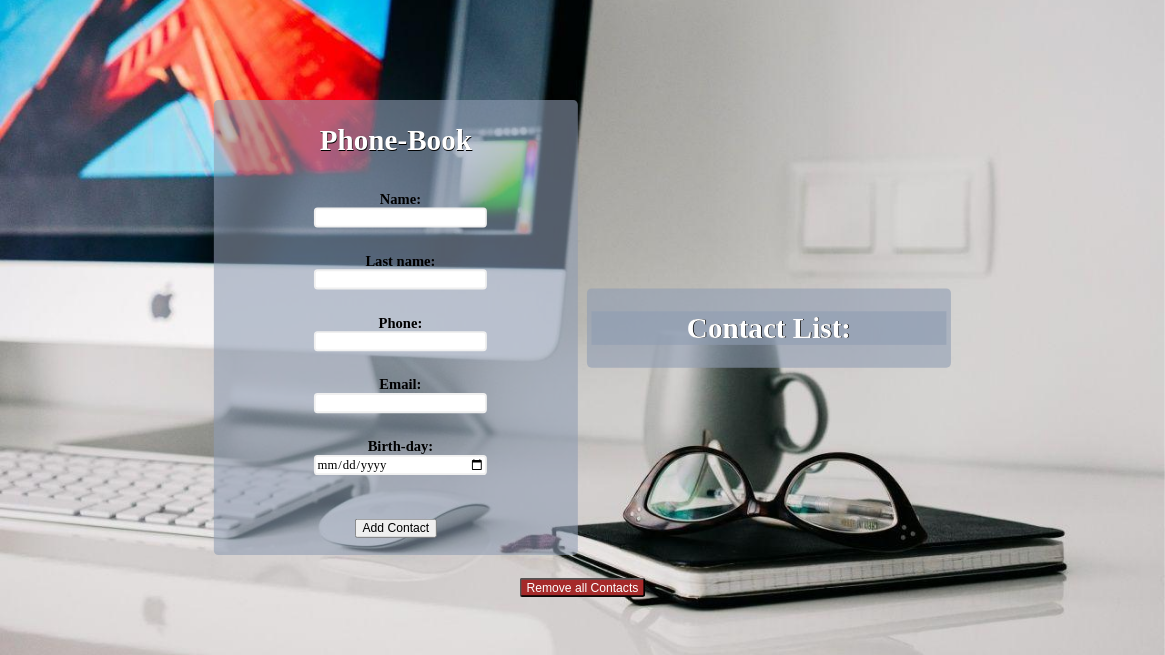
Repository: STA1357/Phone-book
Page: Inner.html
An editor plug-in stored every save of this project. The page is shown before and after the next save, followed by the edit.
The browser window is 1280 px wide. The pictures show the whole page, at 91% of full size.
Backgrounds fixed to the window are drawn as part of the page.

Above is the page before, as saved 2020-12-12 17:19:43.

### Inner.html
<!DOCTYPE html>
<html lang="en">
<head>
    <meta charset="UTF-8">
    <meta name="viewport" content="width=device-width, initial-scale=1.0">
    <title>Phone Book</title>
    <link rel="stylesheet" href="./styles.css">
    <script src="./app.js"></script>
</head>
<body>
    <form action="#" method="POST" id="form" class="form">

        <header>
            <div class="header-title">
                <h1>Phone-Book</h1>
            </div>
        </header>

        <main>
            <div class="container">

                <div class="form-control">
                <label for="name">Name:</label>
                <input type="text" class="form-input" id="nameInput">
                <small>Field is required</small>
                </div>

                <div class="form-control">
                <label for="lname">Last name:</label>
                <input type="text" class="form-input" id="lnameInput">
                <small>Field is required</small>
                </div>

                <div class="form-control">
                <label for="tel">Phone:</label>
                <input type="text" class="form-input" id="telInput" class="tellinput">
                <small>Field is required</small>
                </div>


                <div class="form-control">
                <label for="email">Email:</label>
                <input type="email" class="form-input" id="emailInput">
                <small>Field is required</small>
                </div>


                <div class="form-control">
                <label for="birthname">Birth-day:</label>
                <input type="date" class="form-input" id="birthInput">
                <small>Field is required</small>
                </div>

            </div>

        </main>

        <div class="btn">
        <button type="submit" id="btnAdd">Add Contact</button>
    </div>
    </form>
<div class="list-container">
    <h2 class="listTitle">Contact List:</h2>
    <ul id="users"></ul>
</div>

<div class="clearBook">
    <button id="clearBookBtn" class="clearBookBtn" onclick="removeAll()">Remove all Contacts</button>
</div>

</body>
</html>

### styles.css
*{
    box-sizing: border-box;

}

body{
    display: flex;
    flex-direction: row;
    align-items: center;
    justify-content: center;
    min-height: 100vh;
    margin: 0;
    background: url("./wp3990421-office-wallpapers.jpg") no-repeat fixed center center;
    background-size: cover;
}

.header-title{
    color: white;
    text-shadow: 0.5px 0.5px black;
}

form{
    max-height: 500px;
    background-color: rgba(144, 156, 179, 0.589);
    width: 400px;
    max-width: 100%;
    margin-right: 10px;
    text-align: center;
    border-radius: 5px;
    position: relative;
}

main{
    margin-left: 25%;
}

.container{
    text-align: center;
    display: block;
    width: 70%;
}

.list-container{
    background-color: rgba(144, 156, 179, 0.589);
    width: 400px;
    max-width: 100%;
    page-break-after: 30px 40px;
    border-radius: 5px;
    max-height: 500px;
    overflow: auto;
}

.listTitle{
    color: white;
    text-shadow: 0.7px 0.7px black;
    font-size: 32px;
    margin-top: 20px;
    margin-bottom: 20px;
    position: sticky;
    top: 20px;
    background-color: rgba(144, 156, 179, 0.589);
}

.titleLi{
    color: rgb(15, 87, 129);
    text-shadow: 0.5px 0.5px black;
    font-size: 22px;
}

.infoList{
    color: black;
    font-size: 18px;
}

h2{
    text-align: center;
}

label{
    font-weight: bold;
}

.form-control input {
	border: 2px solid #f0f0f0;
	border-radius: 4px;
	display: block;
	font-family: inherit;
	font-size: 14px;

	width: 100%;
}








.btn{
    padding: 20px 0;
}


.selected{
    background-color: skyblue;
    color: black;
    text-shadow: 0.5px 0.5px grey;
}

.deleteBtn::before{
    color: brown;
    content: "delete";
    font-weight: bold;
}

.deleteAll::before{
    color: brown;
    content: "delete";
}

div{
    padding: 5px;
}

li{
    font-weight: bold;
    font-style: italic;
}

.clearBook{
    display: block;
    position: fixed;

}

.clearBookBtn{
    margin-top: 570px;
    background-color: brown;
    color: white;
    border-radius: 3px;
}

.form-control.success input{
    border-color: rgb(18, 206, 18);
}

.form-control.error input{
    border-color: rgb(224, 68, 68);
}


.form-control small {
	color: rgb(224, 68, 68);
	bottom: 0;
	left: 0;
	visibility: hidden;
}

.form-control.error small{
    visibility: visible;
}

.active {
    background-color: gray;
}

### app.js
// compare dates = new Date(date value from contact).toDateString() === new Date().toDateString()

window.onload = function() {
    const localKey = 'contactsCollection';
    const form = document.querySelector('form');
    const list = document.getElementById('users');
    const userName = document.getElementById('nameInput');
    const userLname = document.getElementById('lnameInput');
    const userTel = document.getElementById('telInput');
    const userEmail = document.getElementById('emailInput');
    const userBirth = document.getElementById('birthInput');

    let contactsList = getContacts();
    let activeContact = {};

    generateContactList();
    compareDates();

    function compareDates() {
        const today = new Date().toDateString();
        const todayBirthDays = contactsList.filter(({ birthDay }) => new Date(birthDay).toDateString() === today);
        if (todayBirthDays.length) {
            console.log(todayBirthDays);
        }
    }
    //validation
    form.addEventListener('submit', (e) => {
        e.preventDefault();
        if (validateForm()) {
            const contact = {
                id: Object.keys(activeContact).length ? activeContact.id : getId(),
                name: userName.value,
                lastName: userLname.value,
                phone: userTel.value,
                mail: userEmail.value,
                birthDay: userBirth.value
            }
            if (Object.keys(activeContact).length) {
                updateContact(contact);
                setActiveContact({});
            } else {
                recordContact(contact);
            }
        }
    })

    function setErrorFor (input) {
        const formControl = input.parentElement;
        formControl.classList.add("error");
    }

    function removeError(input) {
        const formControl = input.parentElement;
        formControl.classList.remove("error");
    }

    function isValidField(field) {
        const valid = !!field.value.trim();
        if (!valid) {
            setErrorFor(field);
        } else {
            removeError(field);
        }
        return valid;
    }

    function validateForm() {
        const validateFields = document.querySelectorAll('.form-input');
        const validFields = [];
        validateFields.forEach(field => validFields.push(isValidField(field)));
        return !validFields.some(valid => !valid);
    }

    function getContacts() {
        const res = localStorage.getItem(localKey);
        return res ? JSON.parse(res) : [];
    }

    function setToStorage(data) {
        localStorage.setItem(localKey, data);
    }

    function updateContactList(newList) {
        const string = JSON.stringify(newList);
        contactsList = newList;
        setToStorage(string);
        generateContactList();
    }

    function recordContact(newContact) {
        updateContactList([...contactsList, newContact])
    }

    function updateContact(newData) {
        contactsList = contactsList.map(contact => contact.id === newData.id ? newData : contact);
        updateContactList(contactsList);
    }

    function deleteContact(removeId) {
        contactsList = contactsList.filter(({ id }) => id !== removeId);
        updateContactList(contactsList);
    }

    function switchButtonTitle(){
        const switchButton = document.getElementById('btnAdd');
        switchButton.innerText = "Update";
    }

    function setActiveContact(contact) {
        activeContact = contact;
        const contacts = document.querySelectorAll('.contact-item');
        const { id = "", name = "", lastName = "", phone = "", mail = "", birthDay = "" } = contact;
            contacts.forEach((contact) => {
                if (contact.id === `contact-${id}`) {
                    contact.classList.add('active');
                } else {
                    contact.classList.remove('active');
                    switchButtonTitle();
                }
            })
            userName.value = name;
            userLname.value = lastName;
            userTel.value = phone;
            userEmail.value = mail;
            userBirth.value = birthDay;
    }

    function generateContactList() {
        const fragment = document.createDocumentFragment();
        contactsList.forEach((contact) => {
            const { id, name, lastName, phone, mail, birthDay } = contact;
            const container = document.createElement('div');

            container.onclick = () => setActiveContact(contact);
            container.id = `contact-${id}`;
            container.className = 'contact-item';
            const title = document.createElement('li');
            title.className = 'titleLi'
            title.innerText = `${name} ${lastName}`;

            const infoList = document.createElement('b');
            infoList.className = 'infoList'
            infoList.innerText = `${phone}
            ${mail}
            ${birthDay}`;
            // phonesList.innerText = phones.join(' ');
            container.appendChild(title);
            container.appendChild(infoList);
            const deleteBtn = document.createElement('button');
            deleteBtn.className = 'deleteBtn'
            container.appendChild(deleteBtn);
            deleteBtn.addEventListener('mousedown', function (e) {
                e.preventDefault();
            })
            fragment.appendChild(container);

            deleteBtn.addEventListener('click', function (e) {
                deleteContact(id);
            })
            document.getElementById('nameInput').value = "";
            document.getElementById('lnameInput').value = "";
            document.getElementById('telInput').value = "";
            document.getElementById('emailInput').value = "";
            document.getElementById('birthInput').value = "";
        });


        list.innerHTML = '';
        list.appendChild(fragment);


    }

    function getId() {
        return '_' + Math.random().toString(36).substr(2, 9);
    };
}

function removeAll(){
    if(window.confirm("This action will remove all contacts. Are you sure?")){
        window.localStorage.clear();
        document.location.reload();
    }
}


function newFunction() {
    return document.getElementById('contactsCount');
}
//function move_up() {
//document.getElementById('list-container').scrollTop += 10;
//}

//function move_down() {
//document.getElementById('list-container').scrollTop -= 10;
//}

// const form = document.querySelector('form')
// const list = document.getElementById('users')
// const userName = document.getElementById('nameInput')
// const userLname = document.getElementById('lnameInput')
// const userTel = document.getElementById('telInput')
// const userEmail = document.getElementById('emailInput')
// const userBirth = document.getElementById('birthInput')
// const entry = document.createElement('li')


// function addUser() {
//     const list = document.getElementById('users')
//     const userName = document.getElementById('nameInput')
//     const userLname = document.getElementById('lnameInput')
//     const userTel = document.getElementById('telInput')
//     const userEmail = document.getElementById('emailInput')
//     const userBirth = document.getElementById('birthInput')
//     const entry = document.createElement('li')
//     entry.appendChild(document.createTextNode(userName.value + ' ' + userLname.value + ' '
//     + userTel.value + ' ' + userEmail.value + ' ' + userBirth.value))
//     list.appendChild(entry)
//     return false

// }

// let bookContacts = [];

// const addContacts = (ev) => {
//     ev.preventDefault();
//     let contact = {
//         name: document.getElementById('nameInput').value,
//         lname: userLname.value,
//         tel: userTel.value,
//         email: userEmail.value,
//         birthday: userBirth.value
//     }
//     bookContacts.push(contact);
//     document.forms[0].reset();
// }
// document.addEventListener('DomContentLoad', () =>{
//     document.getElementById('btnAdd').addEventListener('click',addContacts)
// })
// console.log(bookContacts);




/*class Person{
    constructor(options){
        this.name = options.name
        this.lname = options.lname
        this.tel = options.tel
        this.email = options.email
        this.birthday = options.birthday
    }
}

class User extends Person{
    static type = "User"
}

const user = new User({
    name: "",
    lname: "",
    tel: "",
    email:"",
    birthday:""
})


localStorage.setItem('userInfo', JSON.stringify(user));




const raw = localStorage.getItem('userInfo')
const userInfo = JSON.parse(raw)
userInfo.name = 'Maxim'

console.log(userInfo);*/

After the next save:
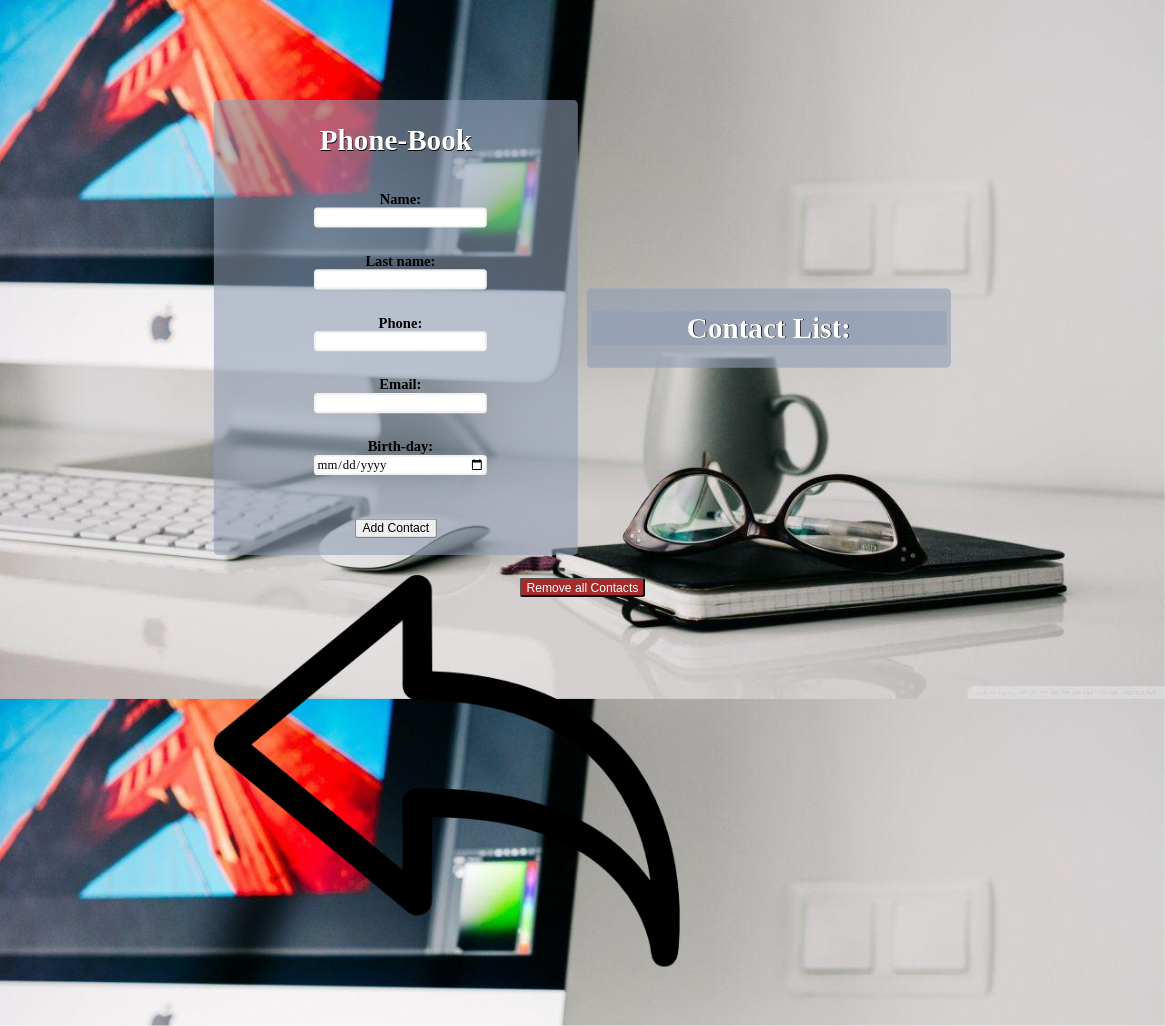
Saved 6 min 37 s later.
--- a/Inner.html
+++ b/Inner.html
@@ -57,6 +57,7 @@
 
         <div class="btn">
         <button type="submit" id="btnAdd">Add Contact</button>
+        <img src="./previous.png" id="img" class="img">
     </div>
     </form>
 <div class="list-container">

After the save that followed:
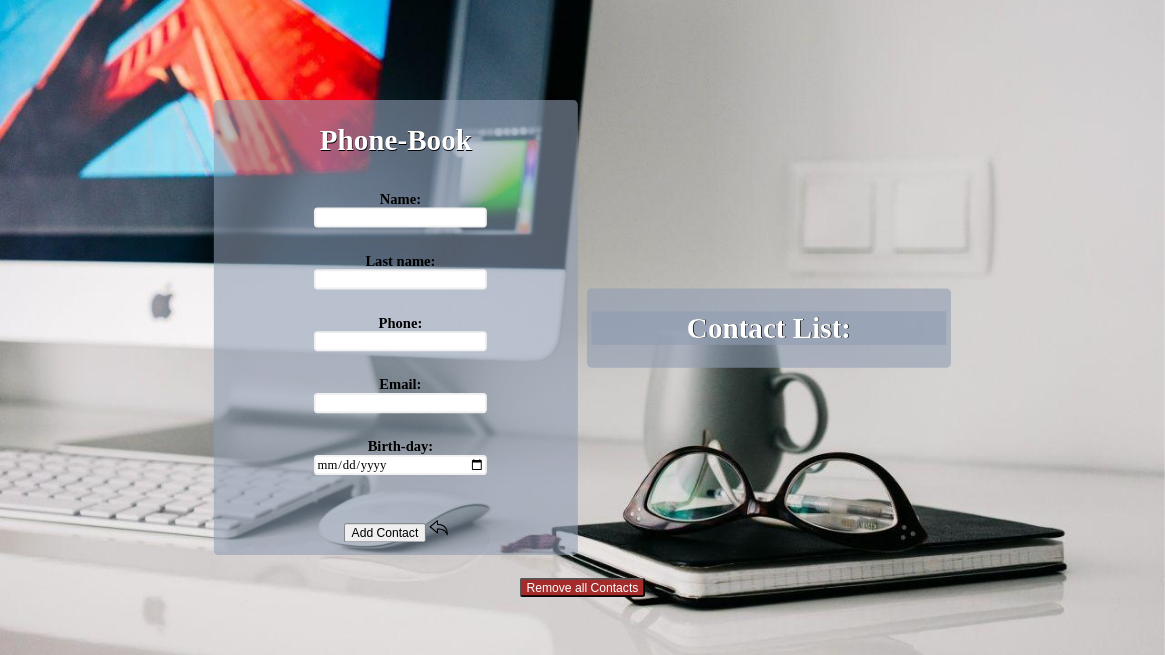
Saved 57 s later.
--- a/styles.css
+++ b/styles.css
@@ -90,12 +90,10 @@ label{
 	width: 100%;
 }
 
-
-
-
-
-
-
+.img{
+    width: 20px;
+    height: 20px;
+}
 
 .btn{
     padding: 20px 0;
